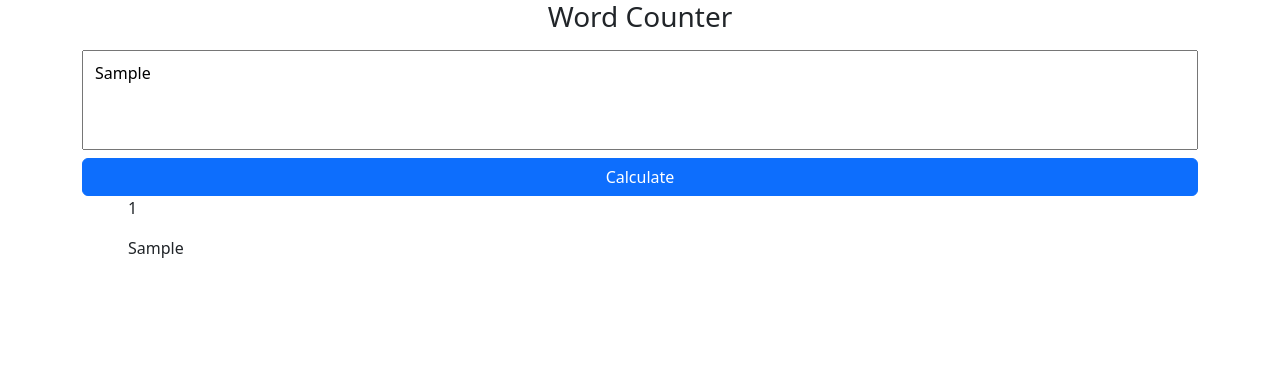
Repository: magmukendi/Tweets-Count
Page: index.html
An editor plug-in stored every save of this project. The page is shown before and after the next save, followed by the edit.
The browser window is 1280 px wide. The pictures show the whole page.
Empty fields were first filled with sample values (such as "Sample", 5 or name@example.com).
After loading, the first visible `#tt` was changed once.
Some web libraries are served in a nearby version.

Above is the page before, as saved 2022-06-11 14:46:32.
Console error: ReferenceError: center is not defined

After the next save:
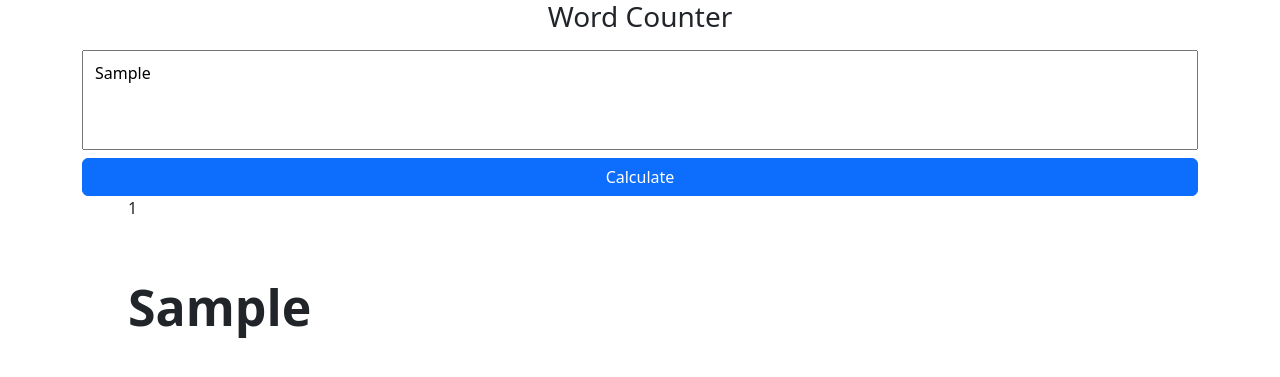
Saved 18 s later.
--- a/app.js
+++ b/app.js
@@ -21,8 +21,8 @@
         }
         doc.append(number)
         doc.appendChild(p)
+        p.style = 'font-weight:bold; font-size:50px; margin-top:50px';
         number.style.textAlign = center;
-        p.style = 'font-weight:bold; font-size:50px; margin-top:50px';
 }
 function colorChange(){
         s = p.innerText
